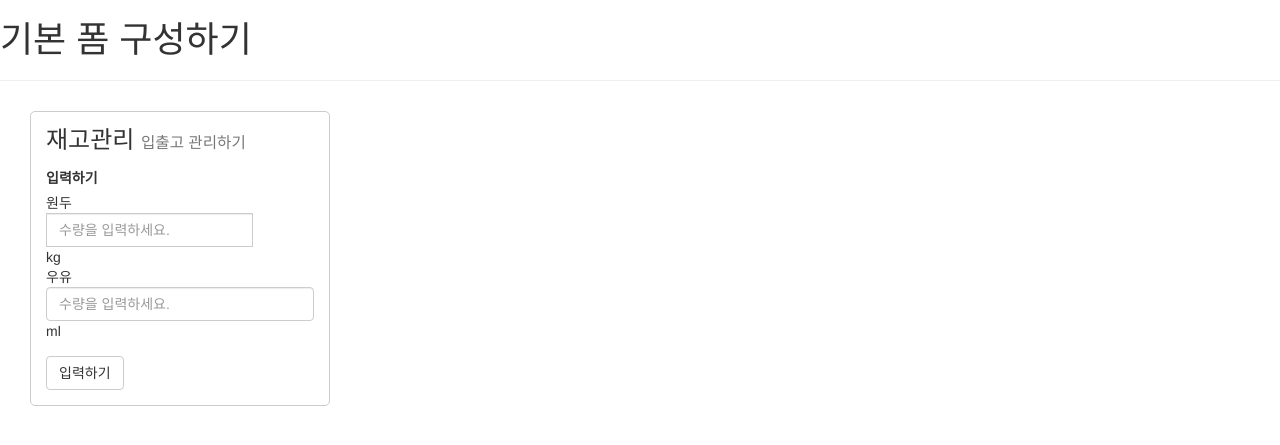
Repository: yhj4130/BootstrapStudy
Page: BootstrapWork/WebContent/BootEx06.html
The author's editor kept a copy of each file at every save. The page is drawn from the files as they stood at one save, then again after the next save.
The browser window is 1280 px wide. The pictures show the whole page.

Above is the page before, as saved 2019-06-12 03:27:17.

### BootstrapWork/WebContent/BootEx06.html
<!DOCTYPE html>
<html>
<head>
<meta charset="UTF-8">
<title>BootEx06.html</title>

<link rel="stylesheet" href="css/bootstrap.css">
<script type="text/javascript" src="js/jquery-3.4.1.min.js"></script>
<script type="text/javascript" src="js/bootstrap.min.js"></script>

<style type="text/css">
	#content
	{
		border: 1px solid #ccc;
		border-radius: 5px;
		width: 300px;
		padding: 15px;
		margin: 30px;
	}

	#content h3
	{
		margin: 0px;
		margin-bottom: 15px;
	}
</style>

</head>
<body>

<div>
	<h1>기본 폼 구성하기</h1>
	<hr>
</div>

<div id="content">
	<h3>재고관리 <small>입출고 관리하기</small></h3>

	<form action="">
		<div class="form-group">
			<label>입력하기</label>

			<!-- 『input-group』 : 접두어, 접미어와 컨트롤을 함께 묶어주는 역할 수행 -->
			<div class="input-group">
				<div>원두</div>
				<input type="text" id="txtCount" placeholder="수량을 입력하세요." required="required" class="form-control">
				<div>kg</div>
			</div>

			<div>
				<div>우유</div>
				<input type="text" id="txtCount" placeholder="수량을 입력하세요." required="required" class="form-control">
				<div>ml</div>
			</div>
		</div>

		<input type="submit" value="입력하기" class="btn btn-default">
	</form>
</div>

</body>
</html>

Loaded but not shown: BootstrapWork/WebContent/css/bootstrap.css (library); BootstrapWork/WebContent/js/jquery-3.4.1.min.js (library); BootstrapWork/WebContent/js/bootstrap.min.js (library)

After the next save:
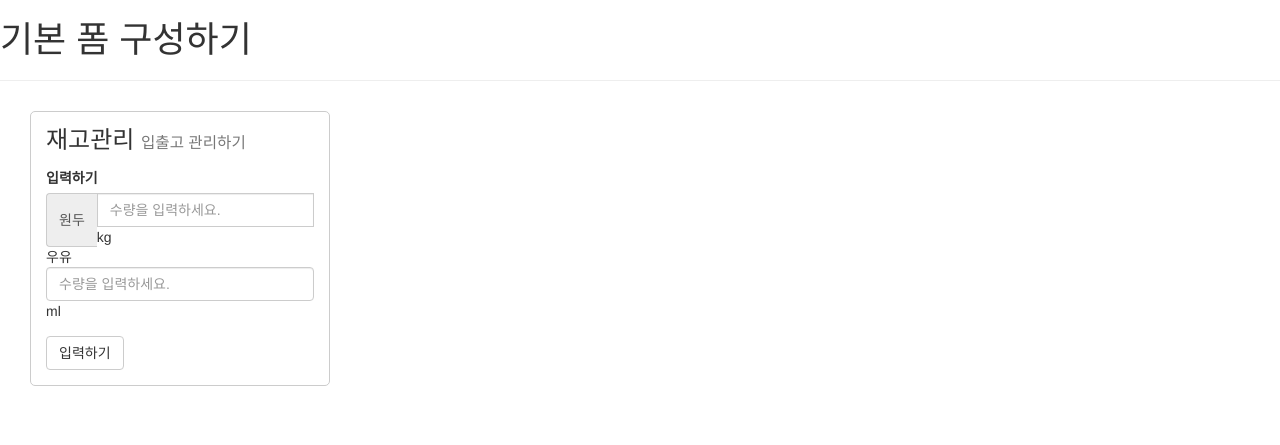
Saved 2 min 8 s later.
--- a/BootstrapWork/WebContent/BootEx06.html
+++ b/BootstrapWork/WebContent/BootEx06.html
@@ -42,7 +42,7 @@
 
 			<!-- 『input-group』 : 접두어, 접미어와 컨트롤을 함께 묶어주는 역할 수행 -->
 			<div class="input-group">
-				<div>원두</div>
+				<div class="input-group-addon">원두</div>
 				<input type="text" id="txtCount" placeholder="수량을 입력하세요." required="required" class="form-control">
 				<div>kg</div>
 			</div>
